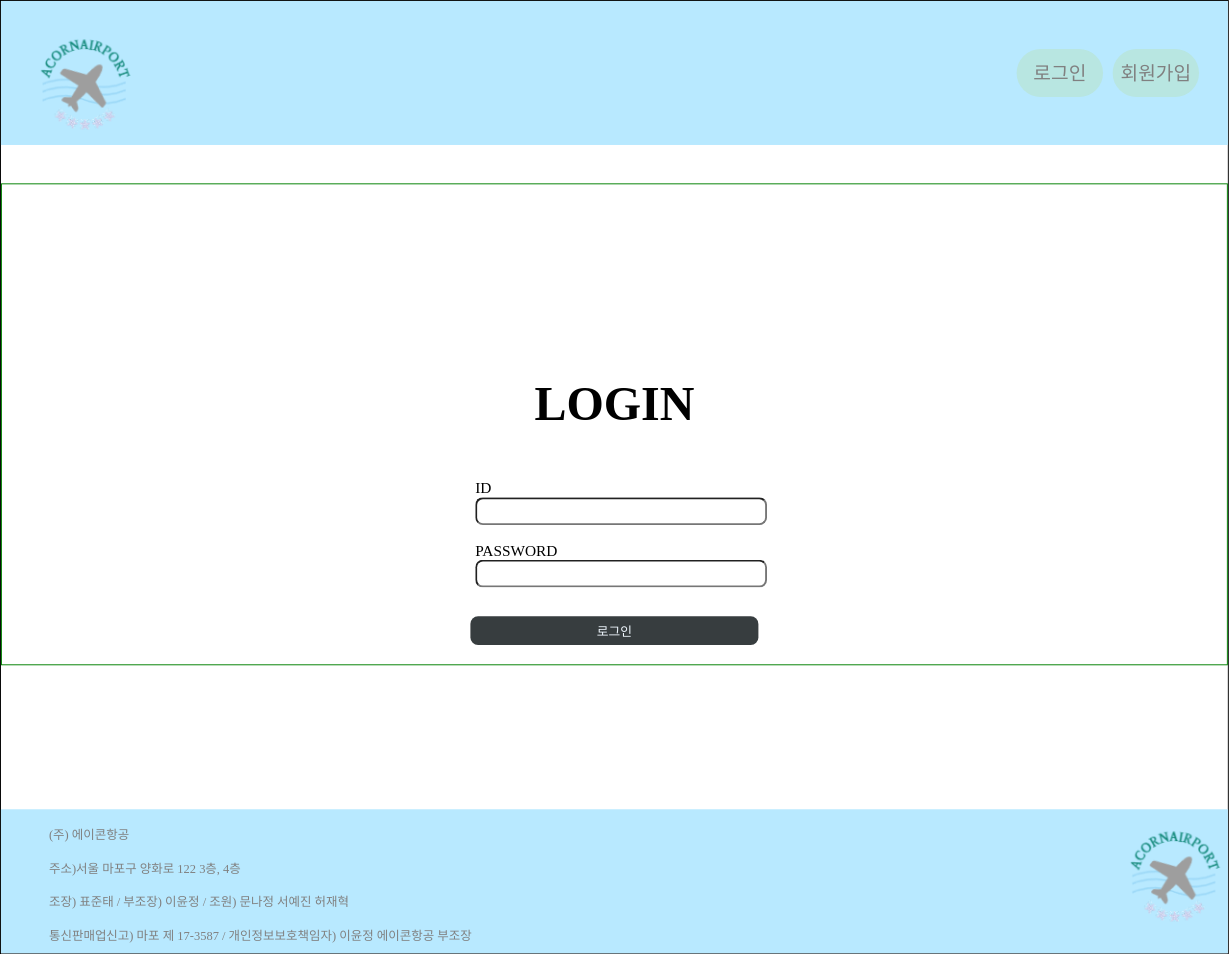
Repository: juntae710/Acorn_AirlineReservation_Project
Page: http://localhost/prj3_1/WEB-INF/views/h_login.jsp
The author's editor kept a copy of each file at every save. The page is drawn from the files as they stood at one save, then again after the next save.
The browser window is 1280 px wide. The pictures show the whole page, at 96% of full size.
The page is served by Tomcat 9. Nobody is signed in. Other server files are loaded and not shown. The template is opened directly, without the code that normally fills it, so the values that code supplies are empty.

Above is the page before, as saved 2023-09-20 03:27:22.

### Eclipse/prj3_1/src/main/webapp/WEB-INF/views/h_login.jsp
<%@ page language="java" contentType="text/html; charset=UTF-8"
	pageEncoding="UTF-8"%>
<!DOCTYPE html>
<html>
<link href="./css/HF.css" rel="stylesheet" type="text/css">
</head>
<link href="./css/Login.css" rel="stylesheet" type="text/css">
</head>

</head>

<body>

	<main>
		<header>
			<div class="headerimg">
				<img alt="이미지"
					src="<%=request.getContextPath()%>/img/acornairport.png">
			</div>

			<%
			String id = (String) session.getAttribute("id");
			%>

			<div class="headerAtag">
				<%
				if (id == null) {
				%>
				<div class="a_box">
					<a href="<%=request.getContextPath()%>/h_login">로그인</a>
				</div>
				<%

				%>
				<div class="a_box">
					<a href="<%=request.getContextPath()%>/l_join">회원가입</a>
				</div>
				<%
				} else {
				%>
				<p>
					아이디:
					<%=id%>님
				</p>
				<div class="a_box">
					<a href="<%=request.getContextPath()%>/h_logOut">로그아웃</a>
				</div>
				<div class="a_box">
					<a href="<%=request.getContextPath()%>/smain">마이페이지</a>
				</div>

				<%
				}
				%>
			</div>

		</header>

		<section>
			<div class="loginBox">
				<div class="loginHead">LOGIN</div>

				<form action="<%=request.getContextPath()%>/h_login" method="post">
					<div class="inputBox">
						<div class="inputName">
							ID <br> <input type="text" name="id">
						</div>
						<br>
						<div class="inputName">
							PASSWORD <br> <input type="password" name="pw"> <br>
						</div>
						<button>로그인</button>
					</div>
				</form>
			</div>



			<%
			String failMessage = (String) request.getAttribute("failMessage");
			%>
			<%
			if (failMessage != null) {
			%>
			<script>
            alert("<%=failMessage%>
				");
			</script>
			<%
			}
			%>
		</section>



		<footer>
			<div class="footer_info">
				<br>(주) 에이콘항공 <br> <br> 주소)서울 마포구 양화로 122 3층, 4층 <br>
				<br> 조장) 표준태 / 부조장) 이윤정 / 조원) 문나정 서예진 허재혁 <br> <br>
				통신판매업신고) 마포 제 17-3587 / 개인정보보호책임자) 이윤정 에이콘항공 부조장
			</div>
			<div class="footer_img">
				<img alt="이미지"
					src="<%=request.getContextPath()%>/img/acornairport.png">
			</div>
		</footer>
	</main>


</body>
</html>

### Eclipse/prj3_1/src/main/webapp/css/HF.css
@charset "UTF-8";

* {
	margin: 0;
}

main {
	border: 1px solid black;
}

header {
	background-color: #B8E9FF;
	height: 150px;
	display: flex;
	position: relative;
}

.headerimg {
	width: 200px;
	height: 70px;
	position: absolute;
	left: 30px;
	top: 30px;
}

.headerAtag {
	display: flex;
	width: 200px;
	height: 50px;
	position: absolute;
	right: 30px;
	top: 30px;
	text-align: center;
}

section {
	border: 1px solid green;
	height: 500px;
	margin-top: 40px;
}

footer {
	height: 150px;
	margin-top: 150px;
	margin-bottom: 0px;
	display: flex;
	background-color: #B8E9FF ;
}
a{
	color: gray;
	text-decoration: none;
	}


.a_box{
		margin-top: 20px;
		border-radius: 40px;
		background-color: #B8E6E1;
		width: 100px;
		height: 50px;
		line-height: 50px;
		margin-left: 10px;
		font-size: 20px;
		}

.footer_info {
	margin-left: 50px;
	width: 1000px;
	font-size: 13px;
	color: gray;
}

.footer_img {
	width: 200px;
	height: 100px;
	margin-left: 600px;
	margin-top: 13px;
}

### Eclipse/prj3_1/src/main/webapp/css/Login.css
@charset "UTF-8";

* {
	margin: 0;
	padding: 0;
}

.loginBox {
	width: 500px;
	height: 400px;
	margin: 0 auto;
	margin-top: 200px;
	border-radius: 30px
}

form {
	width: 300px;
	margin: 0 auto;
	margin-top: 30px;
}

.loginHead {
	font-size: 50px;
	font-weight: bolder;
	text-align: center;
	border-radius: 30px
}

.inputBox {
	margin-top: 50px;
}

.inputName {
	margin-left: 5px;
}

input {
	height: 25px;
	width: 300px;
	border-radius: 8px;
}

button {
	width: 300px;
	height: 30px;
	background-color: rgb(55, 61, 63);
	margin-top: 30px;
	color: aliceblue;
	border-radius: 8px;
	border: none;
}

button:active {
	background-color: rgb(152, 153, 153);
}

After the next save:
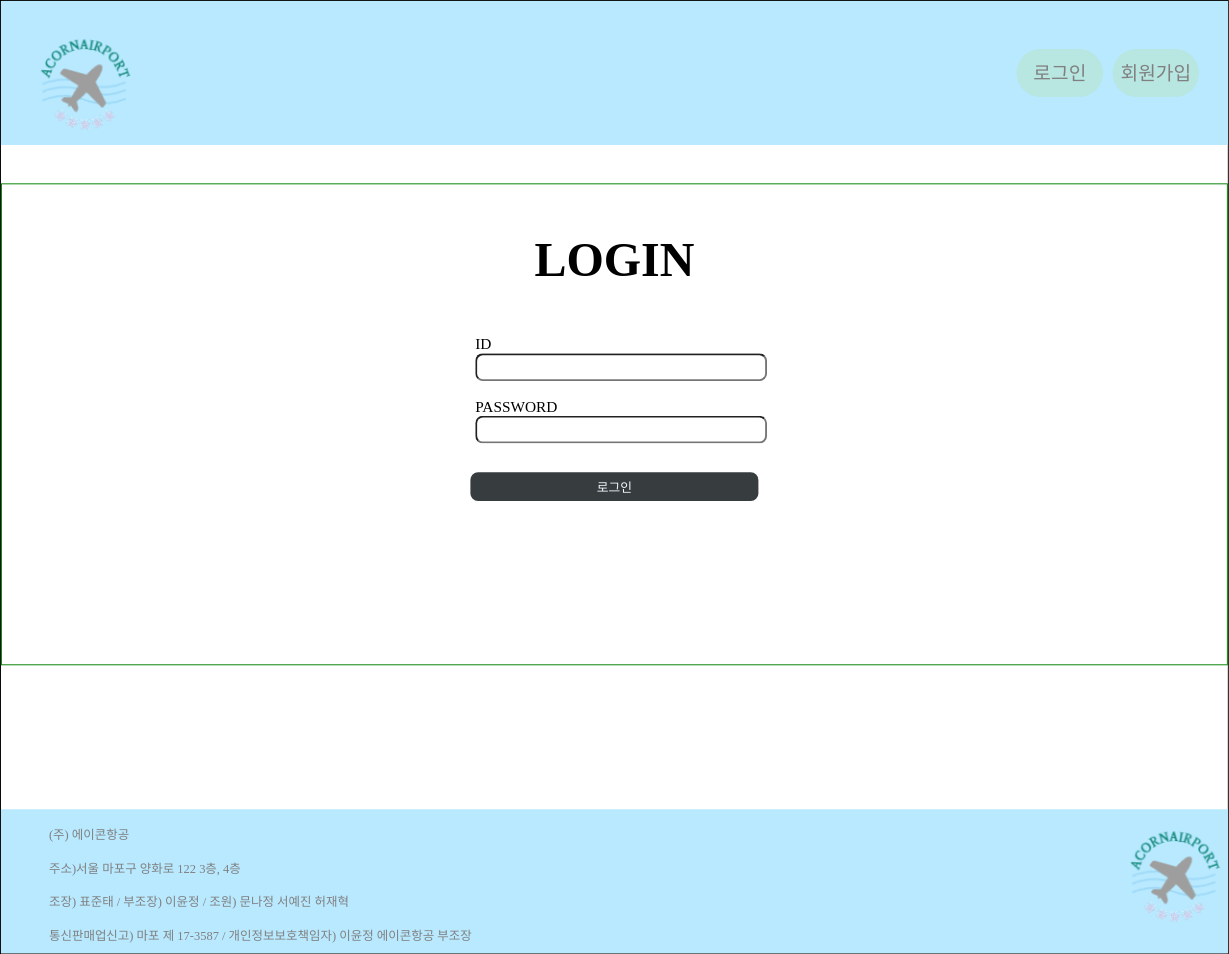
Saved 38 s later.
--- a/Eclipse/prj3_1/src/main/webapp/css/Login.css
+++ b/Eclipse/prj3_1/src/main/webapp/css/Login.css
@@ -9,7 +9,7 @@
 	width: 500px;
 	height: 400px;
 	margin: 0 auto;
-	margin-top: 200px;
+	margin-top: 50px;
 	border-radius: 30px
 }
 
